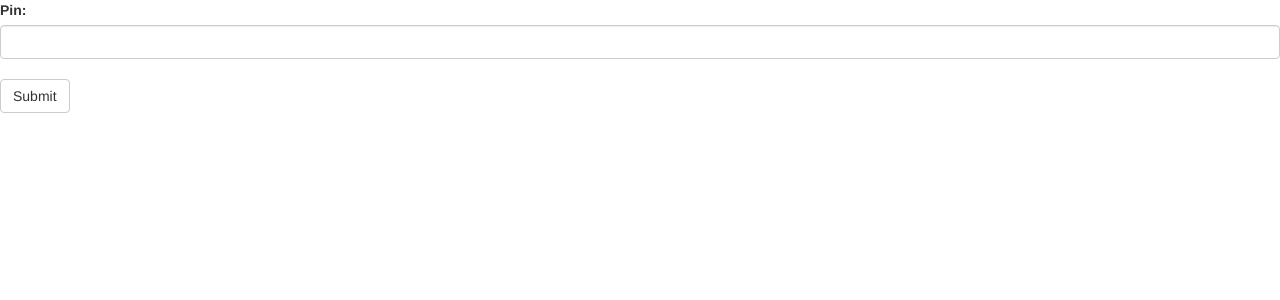
Repository: saurabh-devgun-iiitb/RESTProject
Page: http://localhost/eBayREST/sellerWithPin.jsp
The author's editor kept a copy of each file at every save. The page is drawn from the files as they stood at one save, then again after the next save.
The browser window is 1280 px wide. The pictures show the whole page.
The page is served by Tomcat 9. Other server files are loaded and not shown.

Above is the page before, as saved 2016-07-23 05:56:38.

### eBayREST/WebContent/sellerWithPin.jsp
<%@ page language="java" contentType="text/html; charset=ISO-8859-1"
    pageEncoding="ISO-8859-1"%>
<!DOCTYPE html PUBLIC "-//W3C//DTD HTML 4.01 Transitional//EN" "http://www.w3.org/TR/html4/loose.dtd">
<html>
<head>
  <meta http-equiv="Content-Type" content="text/html; charset=ISO-8859-1">
  <meta charset="utf-8">
  <meta name="viewport" content="width=device-width, initial-scale=1">
  <link rel="stylesheet" href="http://maxcdn.bootstrapcdn.com/bootstrap/3.3.6/css/bootstrap.min.css">
  <script src="https://ajax.googleapis.com/ajax/libs/jquery/1.12.4/jquery.min.js"></script>
  <script src="http://maxcdn.bootstrapcdn.com/bootstrap/3.3.6/js/bootstrap.min.js"></script>
  <title>Get Seller</title>
</head>
<body>
	<form class="form-group" action="http://192.168.15.101:8080/eBayREST/webapi/item/try" method="get">
		<label for="email">Pin:</label>
		<input type="text" class="form-control" name="seller_address_pin"/><br/>
		<button type="submit" class="btn btn-default">Submit</button>
	</form>
</body>
</html>

After the next save:
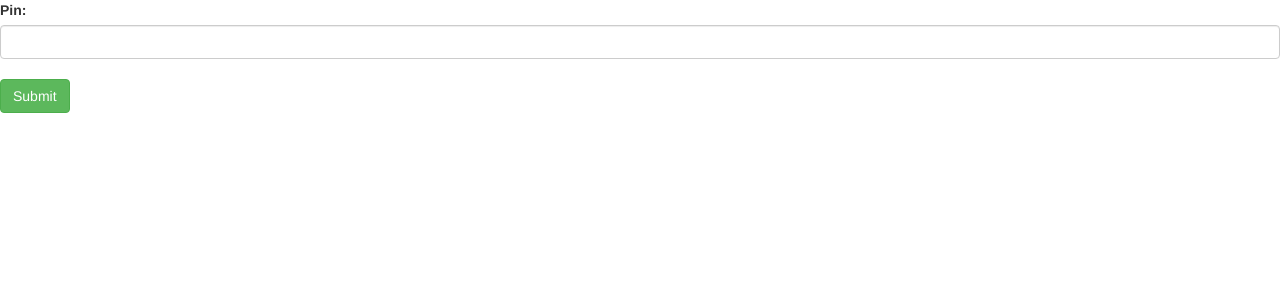
Saved 5 min 47 s later.
--- a/eBayREST/WebContent/sellerWithPin.jsp
+++ b/eBayREST/WebContent/sellerWithPin.jsp
@@ -15,7 +15,7 @@
 	<form class="form-group" action="http://192.168.15.101:8080/eBayREST/webapi/item/try" method="get">
 		<label for="email">Pin:</label>
 		<input type="text" class="form-control" name="seller_address_pin"/><br/>
-		<button type="submit" class="btn btn-default">Submit</button>
+		<button type="submit" class="btn btn-success">Submit</button>
 	</form>
 </body>
 </html>
